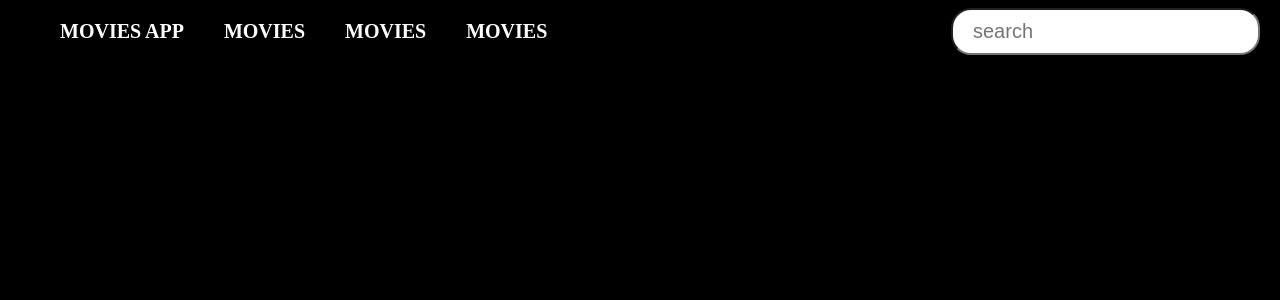
Repository: manahiang/MovieMana
Page: / (app in src/)
These files come from the project's save history. The page is drawn as it stood at one moment and after the next save; the edit follows.
The browser window is 1280 px wide. The pictures show the whole page.
The project was rebuilt for these pictures with package versions that can differ from the ones it lists, and the page was loaded fresh each time. Also part of the build but not shown: src/src/App.css.

Above is the page before, as saved 2022-11-14 16:29:50.

### src/src/index.css
body {
  margin: 0;
  font-family: -apple-system, BlinkMacSystemFont, 'Segoe UI', 'Roboto', 'Oxygen',
    'Ubuntu', 'Cantarell', 'Fira Sans', 'Droid Sans', 'Helvetica Neue',
    sans-serif;
  -webkit-font-smoothing: antialiased;
  -moz-osx-font-smoothing: grayscale;
  color: white;
  background-color: black;
}
.header{
  width: 100%;
  height: auto;
  background-color: black;
}
.navbar{
  display: flex;
  justify-content: space-between;
  font-size: 20px;
  text-transform: uppercase;
  align-items: center;
  font-weight: 900;
  font-family: 'Times New Roman', Times, serif;
}
.menu ul li{
  display: inline;
  align-items: center;
  justify-content: center;
  padding: 20px;
  list-style: none;

}
.menu ul li a{
  text-decoration: none;
  color: white;
}
.search{
  align-items: center;
  justify-content: center;
  display: flex;
  padding-right: 20px;
}
.search input{
  font-size: 20px;
  border-radius: 20px;
  padding-left: 30px;
  padding:10px 20px;

}
.menu ul li:hover Link{
  color: yellow;
  cursor: pointer;
}

### src/src/App.js
//import logo from './logo.svg';
import './index.css'
import './App.css';
import Main from './Main';
 import { BrowserRouter, } from "react-router-dom"

function App() {
  return (
    <BrowserRouter>
    <Main/>
    </BrowserRouter>
  );
}
export default App;

### src/src/Main.js
import './index.css'

function Main(){
    return(
        <div className='container'>
            <div className='header'>
                <div className='navbar'>
                    <div className='menu'>
                        <ul>
                            <li><a href='#'>Movies App</a></li>
                            <li><a href='#'>Movies</a></li>
                            <li><a href='#'>Movies</a></li>
                            <li><a href='#'>Movies</a></li>
                        </ul>
                    </div>
                    <div className='search'>
                        <input type="text" placeholder="search"/>
                    </div>
                </div>

            </div>
        </div>
    )
}
export default Main;

Loaded but not shown: src/public/index.html (common file); src/src/index.js (common file); src/src/reportWebVitals.js (common file)

After the next save:
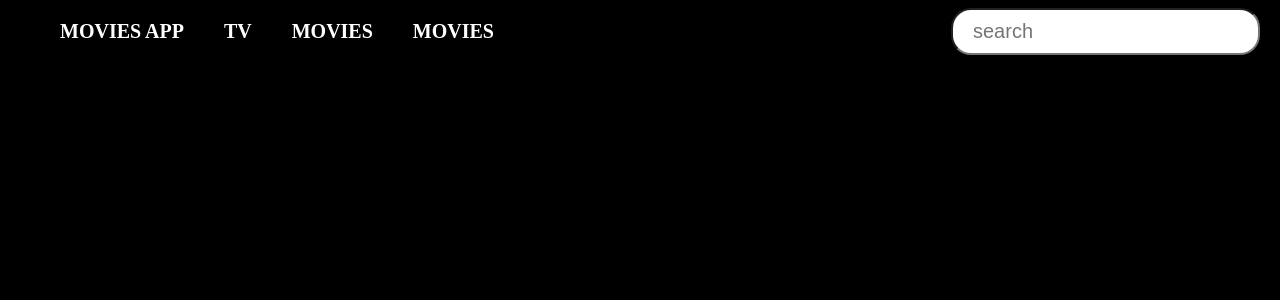
Saved 6 s later.
--- a/src/src/Main.js
+++ b/src/src/Main.js
@@ -8,7 +8,7 @@ function Main(){
                     <div className='menu'>
                         <ul>
                             <li><a href='#'>Movies App</a></li>
-                            <li><a href='#'>Movies</a></li>
+                            <li><a href='#'>TV</a></li>
                             <li><a href='#'>Movies</a></li>
                             <li><a href='#'>Movies</a></li>
                         </ul>
